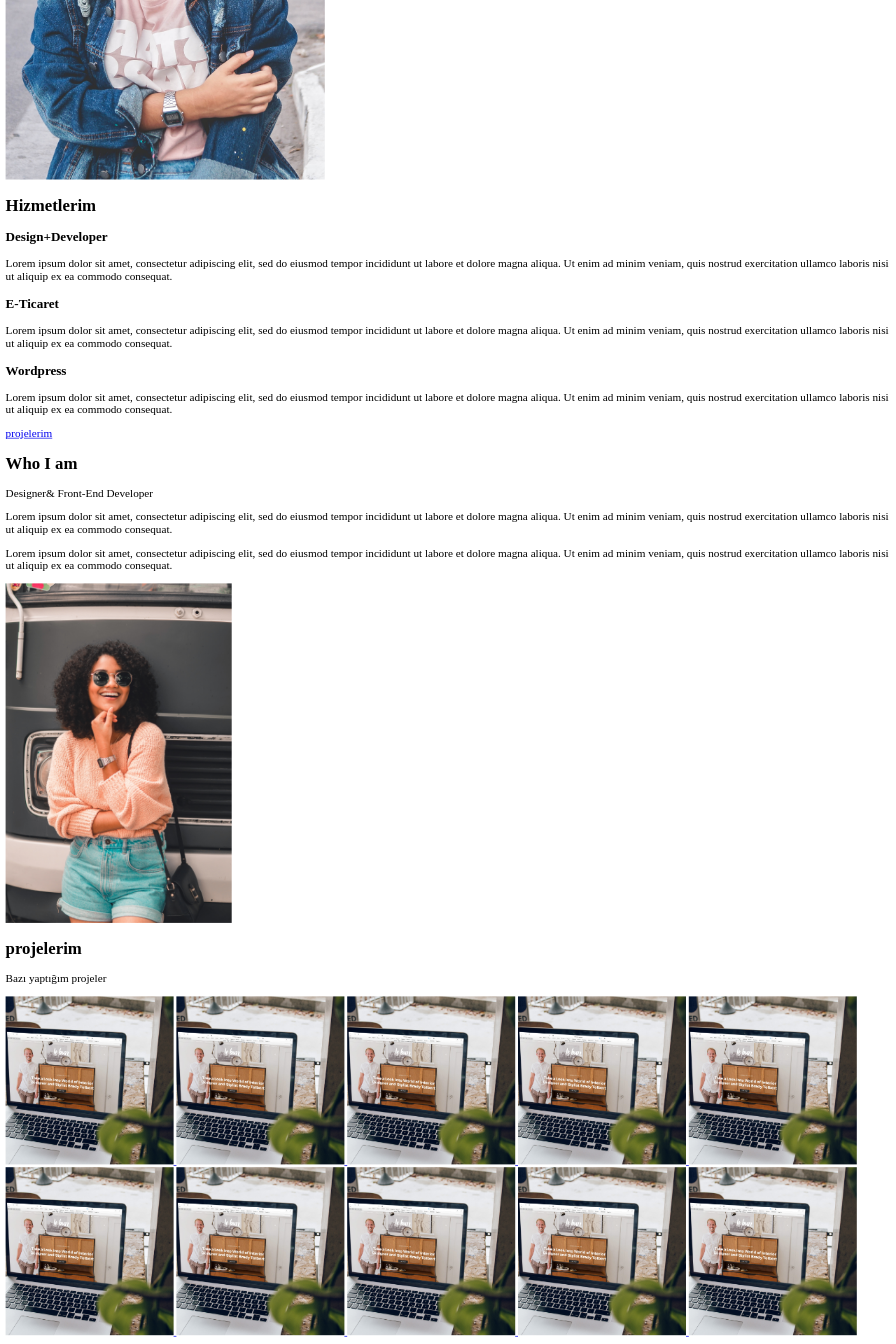
Repository: denizangin/portfolyo
Page: index.html
An editor plug-in stored every save of this project. The page is shown before and after a run of saves, followed by the edit.
The browser window is 1280 px wide. The pictures show the part of the page from y = 688 to 2608 px (the page is 2608 px tall), at 70% of full size.

Above is the page before, as saved 2024-08-01 04:14:17.

After the next 2 saves:
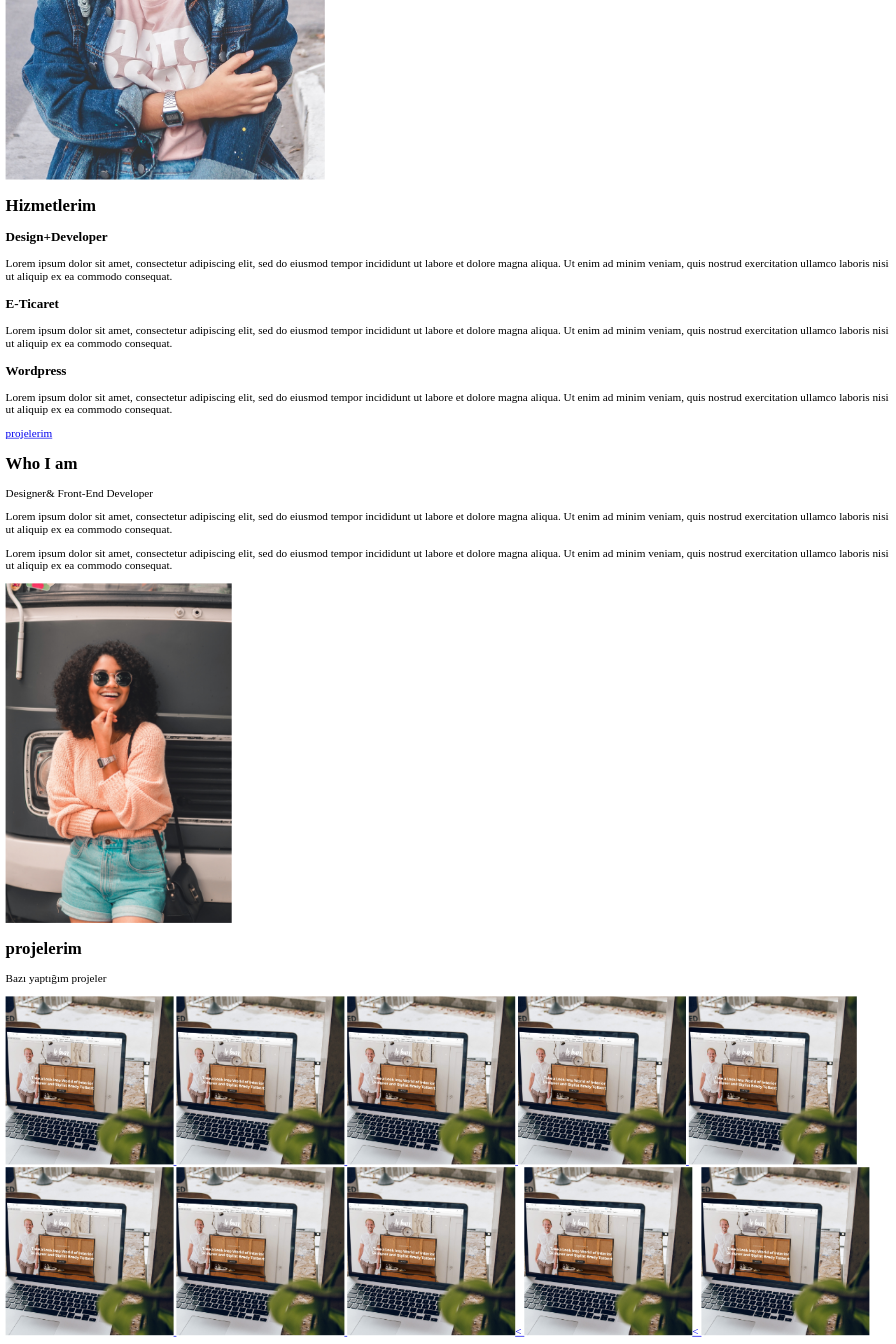
The 2 saves are shown as one change because they came seconds apart.
The last was saved 22 s later.
--- a/index.html
+++ b/index.html
@@ -105,8 +105,8 @@
                 <img src="img/component (15).png" class="portfolio__item"><a href="#" class="portfolio-item">
                 <img src="img/component (15).png" class="portfolio__item"><a href="#" class="portfolio-item">
                 <img src="img/component (15).png" class="portfolio__item"><a href="#" class="portfolio-item">
-                <img src="img/component (15).png" class="portfolio__item"><a href="#" class="portfolio-item">
-                <img src="img/component (15).png" class="portfolio__item"><a href="#" class="portfolio-item">
+                <img src="img/component (15).png" class="portfolio__item"><
+                <img src="img/component (15).png" class="portfolio__item"><
                 <img src="img/component (15).png" class="portfolio__item">
 
 

After the 2 saves that followed:
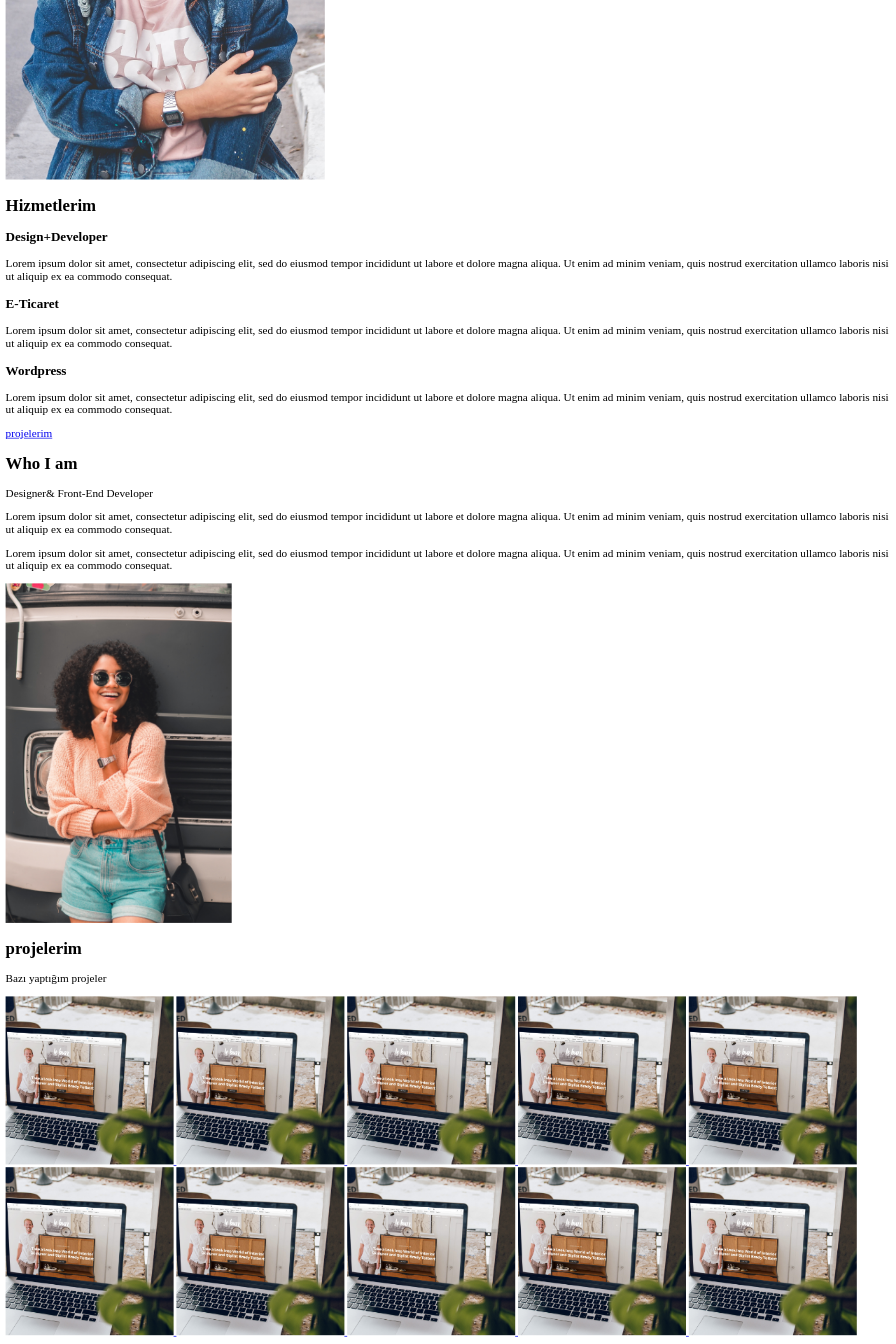
The 2 saves are shown as one change because they came seconds apart.
The last was saved 7 s later.
--- a/index.html
+++ b/index.html
@@ -104,9 +104,9 @@
                 <img src="img/component (15).png" class="portfolio__item"><a href="#" class="portfolio-item">
                 <img src="img/component (15).png" class="portfolio__item"><a href="#" class="portfolio-item">
                 <img src="img/component (15).png" class="portfolio__item"><a href="#" class="portfolio-item">
-                <img src="img/component (15).png" class="portfolio__item"><a href="#" class="portfolio-item">
-                <img src="img/component (15).png" class="portfolio__item"><
-                <img src="img/component (15).png" class="portfolio__item"><
+                <img src="img/component (15).png" class="portfolio__item">
+                <img src="img/component (15).png" class="portfolio__item">
+                <img src="img/component (15).png" class="portfolio__item">
                 <img src="img/component (15).png" class="portfolio__item">
 
 
